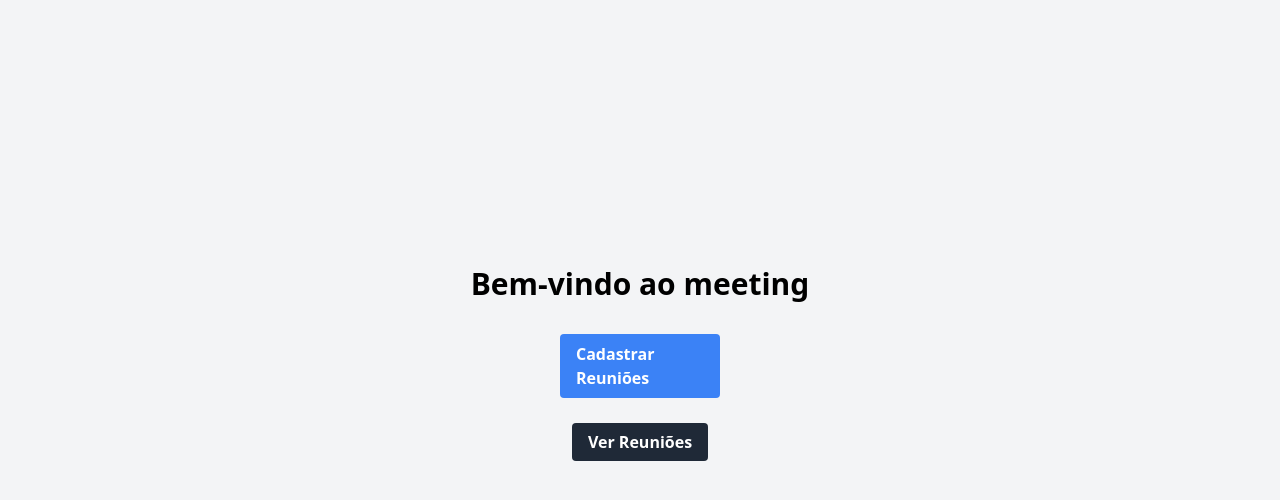
Repository: TamiBeira/meeting
Page: /
These files come from the project's save history. The page is drawn as it stood at one moment and after the next save; the edit follows.
The browser window is 1280 px wide. The pictures show the whole page.
The project was rebuilt for these pictures with package versions that can differ from the ones it lists, and the page was loaded fresh each time. Also part of the build but not shown: vite.config.ts, src/contexts/FormContext.tsx, src/contexts/MeetingsContext.tsx, src/components/Form.tsx, src/components/MeetingsView.tsx.

Above is the page before, as saved 2024-02-27 00:01:06.

After the next save:
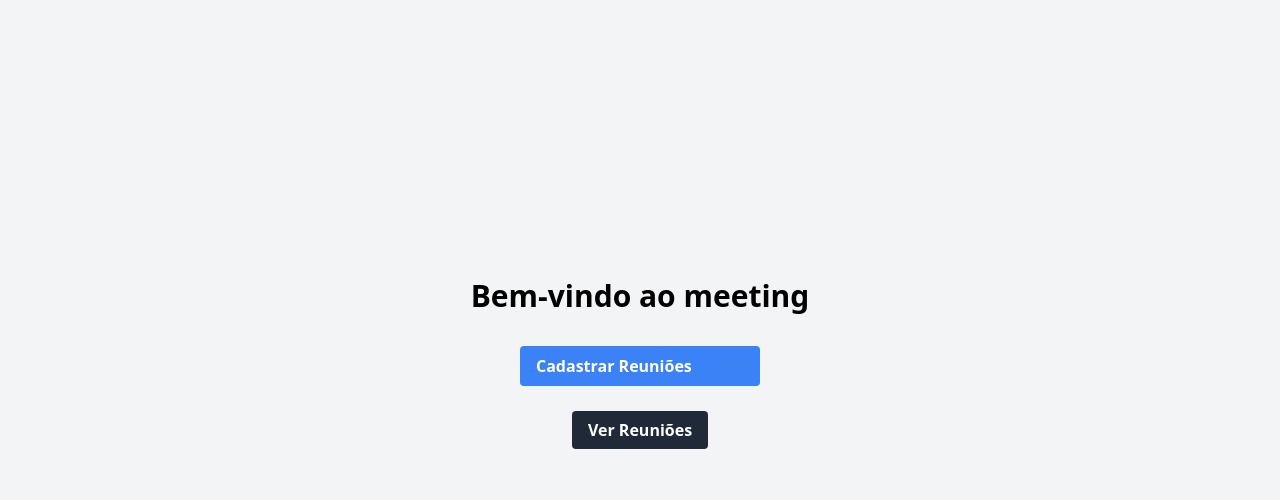
Saved 21 s later.
--- a/src/components/HomePage.tsx
+++ b/src/components/HomePage.tsx
@@ -7,7 +7,7 @@ export const HomePage = () => {
       <div className="flex space-x-4">
         <Link
           to="/form"
-          className="w-40 bg-blue-500 hover:bg-blue-600 text-white font-bold py-2 px-4 rounded focus:outline-none focus:shadow-outline"
+          className="w-60 bg-blue-500 hover:bg-blue-600 text-white font-bold py-2 px-4 rounded focus:outline-none focus:shadow-outline"
         >
           Cadastrar Reuniões
         </Link>
